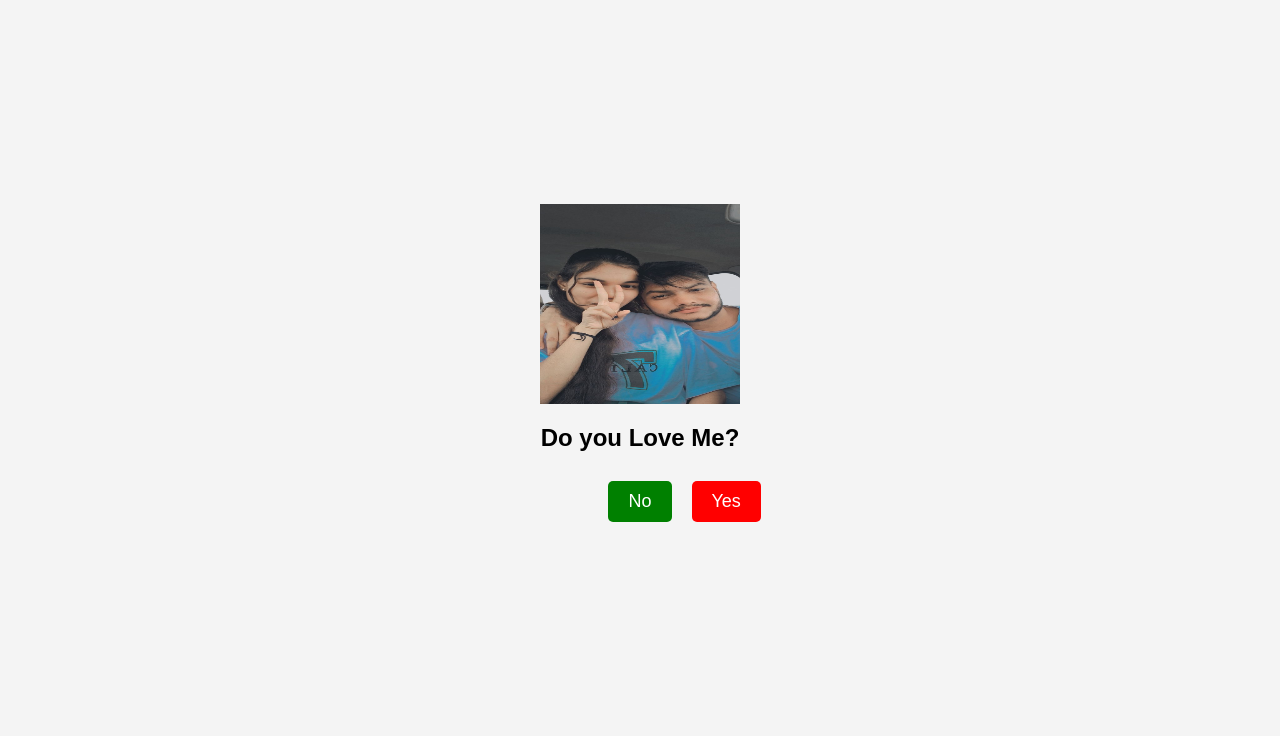
Repository: JishuChouhan/MyCode
Page: yes.html
These files come from the project's save history. The page is drawn as it stood at one moment and after the next save; the edit follows.
The browser window is 1280 px wide. The pictures show the whole page.

Above is the page before, as saved 2025-02-17 17:43:00.

After the next save:
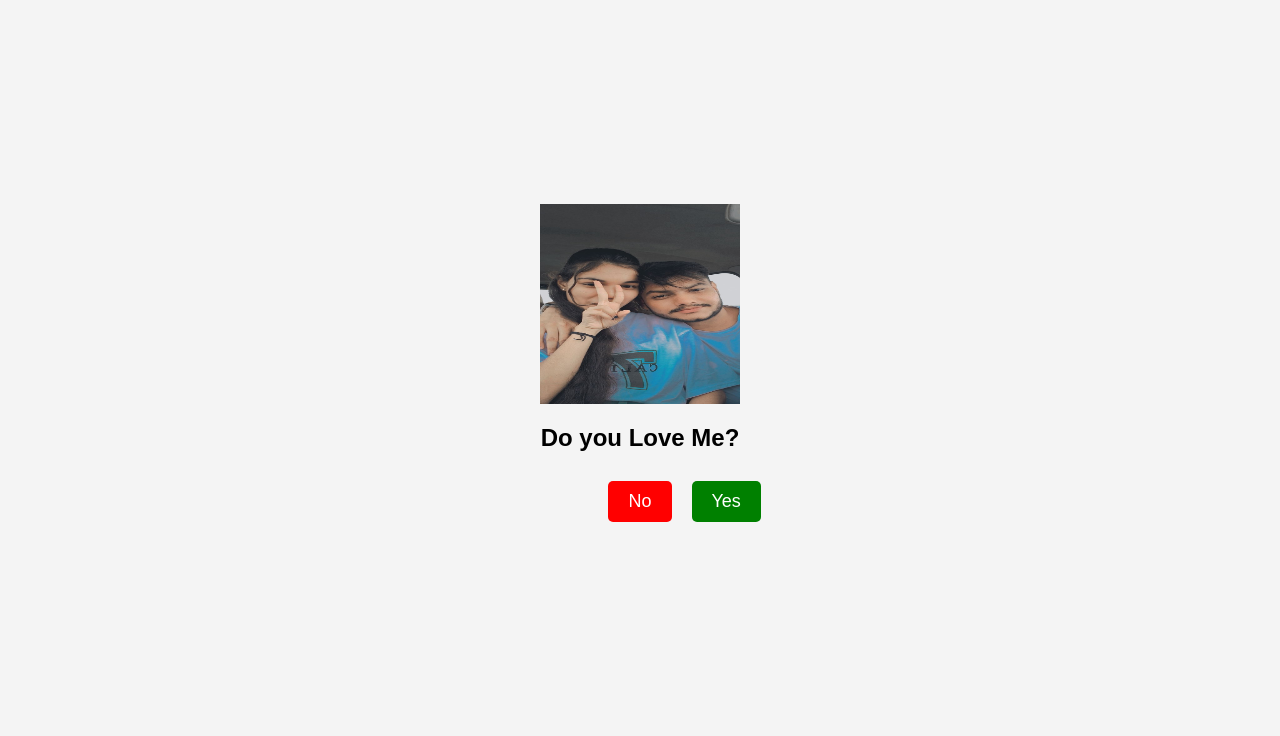
Saved 56 s later.
--- a/yes.html
+++ b/yes.html
@@ -29,11 +29,11 @@
             transition: 0.3s ease;
         }
         #yesBtn {
-            background-color: green;
+            background-color: red;
             color: white;
         }
         #noBtn {
-            background-color: red;
+            background-color: green;
             color: white;
             position: absolute;
         }
